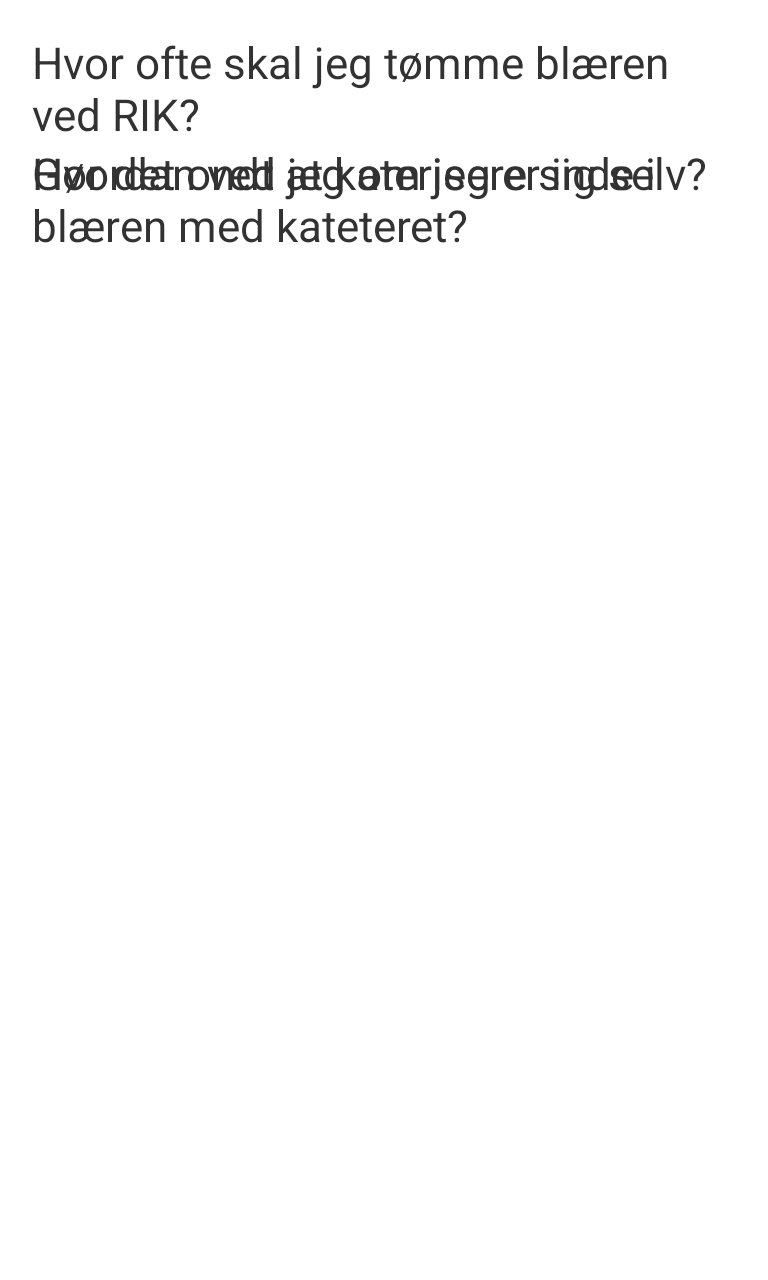
Repository: KingApollo/RIKapp2
Layout: RIKapp/res/layout/activity_information.xml
An editor plug-in stored every save of this project. The layout is shown before and after the next save, followed by the edit.
It is drawn on a 768 x 1280 px phone screen (xhdpi) without system bars, with theme android:Theme.Light.NoTitleBar; the app's code is not run.

Above is the layout before, as saved 2014-10-10 12:14:17.

### RIKapp/res/layout/activity_information.xml
<RelativeLayout xmlns:android="http://schemas.android.com/apk/res/android"
    xmlns:tools="http://schemas.android.com/tools"

    android:layout_width="match_parent"
    android:layout_height="match_parent"
    android:paddingBottom="@dimen/activity_vertical_margin"
    android:paddingLeft="@dimen/activity_horizontal_margin"
    android:paddingRight="@dimen/activity_horizontal_margin"
    android:paddingTop="@dimen/activity_vertical_margin"
    tools:context="dk.ucn.datamatiker.rikapp.Information"
    >

<TextView   android:id="@+id/tvHowOftenQuestion"
            android:text="@string/howOftenQuestion"
            android:textSize="22sp"
            android:clickable="true"
            android:onClick="toggle_contents"
            android:layout_width="wrap_content"
            android:layout_height="wrap_content"/>

<TextView
    android:id="@+id/tvWhenBladderQuestion"
    android:layout_width="wrap_content"
    android:layout_height="wrap_content"
    android:layout_alignLeft="@+id/tvHowOftenQuestion"
    android:layout_below="@+id/tvHowOftenQuestion"
    android:clickable="true"
    android:onClick="toggle_contents"
    android:text="@string/whenBladderQuestion"
    android:textSize="22sp" />

<TextView
    android:id="@+id/tvDoesItHurtQuestion"
    android:layout_width="wrap_content"
    android:layout_height="wrap_content"
    android:layout_alignLeft="@+id/tvHowOftenQuestion"
    android:layout_below="@+id/tvHowOftenQuestion"
    android:clickable="true"
    android:onClick="toggle_contents"
    android:text="@string/doesItHurtQuestion"
    android:textSize="22sp" />

</RelativeLayout>

### RIKapp/res/values/strings.xml
<?xml version="1.0" encoding="utf-8"?>
<resources>

    <string name="app_name">RIKapp</string>
    <string name="hello_world">Hello world!</string>
    <string name="action_settings">Settings</string>
    <string name="title_activity_hyg">Hyg</string>
    <string name="hygiejne_btn">Hygiejne</string>
    <string name="maaling_btn">Måling</string>
    <string name="title_activity_maalinger">Maalinger</string>
    <string name="skema_btn">Skema</string>
    <string name="title_activity_skema">Skema</string>
    <string name="title_activity_information">Information</string>
    <string name="howOftenAnswer">"Du har på sygehuset aftalt en hyppighed med sygeplejersken. Man kan ikke præcist aftale hvor mange gange man skal RIK'ke sig hver dag, idet det afhænger af årsagen til RIK. En tommelfingerregel er, at hvis du efter naturlig vandladning udtømmer mere end 100-150 ml. med kateter, kan du kateteriserer dig én gang mindre i døgnet. Den første uges tid kan det være en god idé at skrive ned, hvor meget du udtømmer. Du kan med jævne mellemrum kontrollere hvor meget du lader spontant og hvor meget du udtømmer med kateter."</string>
    <string name="howOftenQuestion">Hvor ofte skal jeg tømme blæren ved RIK?</string>
    <string name="test1">111111111111111111111111</string>
    <string name="test2">22222222222222222222222222</string>
    <string name="title_activity_how_often">HowOften</string>
    <string name="title_activity_kontakt">Kontakt</string>
    <string name="kontakt_btn">Kontakt</string>
    <string name="kontakt_text">"<b>Kontakt1</b> \n Kontaktperson: kp1 \n Tlf: 12345678 \n Email: kp1@e.dk
        \n\n<b>Kontakt2</b> \n Kontaktperson: kp2 \n Tlf: 87654321 \n Email: kp2@e.dk"</string>
    <string name="kontakt_title">"Kontakt"</string>
    <string name="mlInput_hint">Intast ml</string>
    <string name="save_btn_name">Log måling</string>
    <string name="noteInput_hint">Eventuelt note</string>
    <string name="title_activity_when_in_bladder">WhenInBladder</string>
    <string name="whenBladderQuestion">"Hvordan ved jeg om jeg er inde i blæren med kateteret?"</string>
	<string name="whenBladderAnswer">"Når urinen løber ud gennem kateret i toilettet, så er du i blæren. Vær opmærksom på, at kateteret ikke er langt oppe i blæren at hullerne på spidsen af kateteret kommer over niveau med urinen inde i blæren – så kan det nemlig ikke tømmes ud. Træk derfor kateteret langsom ud igen, og hvis der kommer mere urin, så vent til det ikke løber mere. Træk derefter resten ud i et jævnt træk.</string>
    <string name="doesItHurtQuestion">Gør det ondt at katerisere sig selv?</string>
    <string name="doesItHurtAnswer">""Nej, det gør ikke ondt, men du kan føle lidt ubehag i begyndelsen i urinrøret eller et kortvarigt jag i blæren. Hvis du oplever sådan et jag, så kan det skyldes at blærevæggen suges tæt til kateteret i blæren, når den tømmes. Det forsvinder hurtigt igen. "</string>
	<string name="whyBloodQuestion">Hvorfor kommer der somme tider lidt blod, når jeg kateriserer mig?</string>
	<string name="whyBloodAnswer">Det gør der, fordi der nemt kan komme en lille ridse i urinrørets slimhinde eller i blærens slimhinde. Det betyder ingenting, og er helt ufarligt. </string>
	<string name="whenHandWashQuestion">Hvornår skal jeg vaske hænder, når jeg skal RIK´ke?</string>
	<string name="whenHandWashAnswer">Det skal du før du påbegynder udtømningen. Det vil sige, at du finder det frem, som du skal bruge, og måske lukker du bukserne op og trækker bukserne ned. Så vasker du hænderne ifølge forskrifterne – klik her. Du skal også afslutte med at vaske hænderne, når du har tømt blæren for urin, og har trukket benklæderne op igen. Du skal tørre hænderne i et rent håndklæde/engangshåndklæde.</string>
	<string name="howHandWashQuestion">Hvordan skal jeg vaske mine hænder korrekt?</string>
	<string name="howHandWashAnswer">Du kan se videoen ved at klikke her</string>





</resources>

Loaded but not shown: RIKapp/res/values/dimens.xml (common file); RIKapp/res/values-w820dp/dimens.xml (common file)

After the next save:
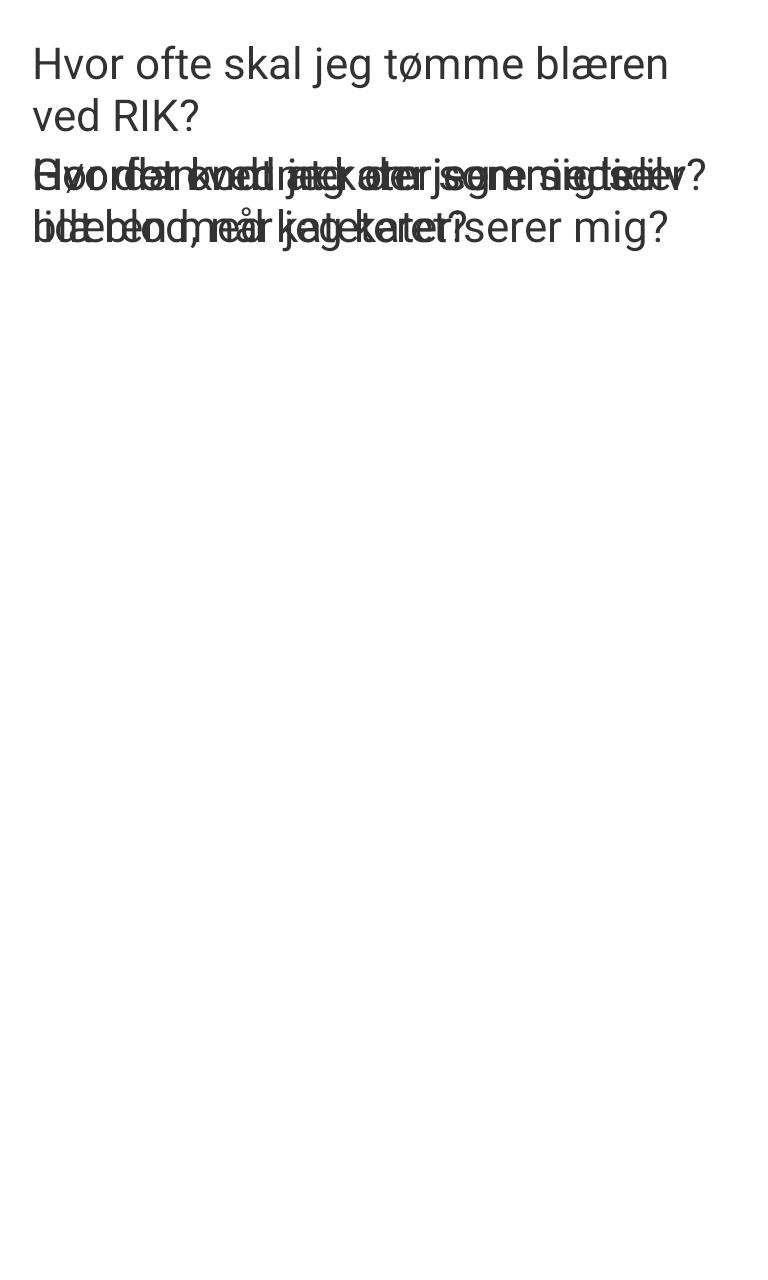
Saved 93 s later.
--- a/RIKapp/res/layout/activity_information.xml
+++ b/RIKapp/res/layout/activity_information.xml
@@ -40,4 +40,15 @@
     android:text="@string/doesItHurtQuestion"
     android:textSize="22sp" />
 
+<TextView
+    android:id="@+id/tvWhyBloodQuestion"
+    android:layout_width="wrap_content"
+    android:layout_height="wrap_content"
+    android:layout_alignLeft="@+id/tvHowOftenQuestion"
+    android:layout_below="@+id/tvHowOftenQuestion"
+    android:clickable="true"
+    android:onClick="toggle_contents"
+    android:text="@string/whyBloodQuestion"
+    android:textSize="22sp" />
+
 </RelativeLayout>
